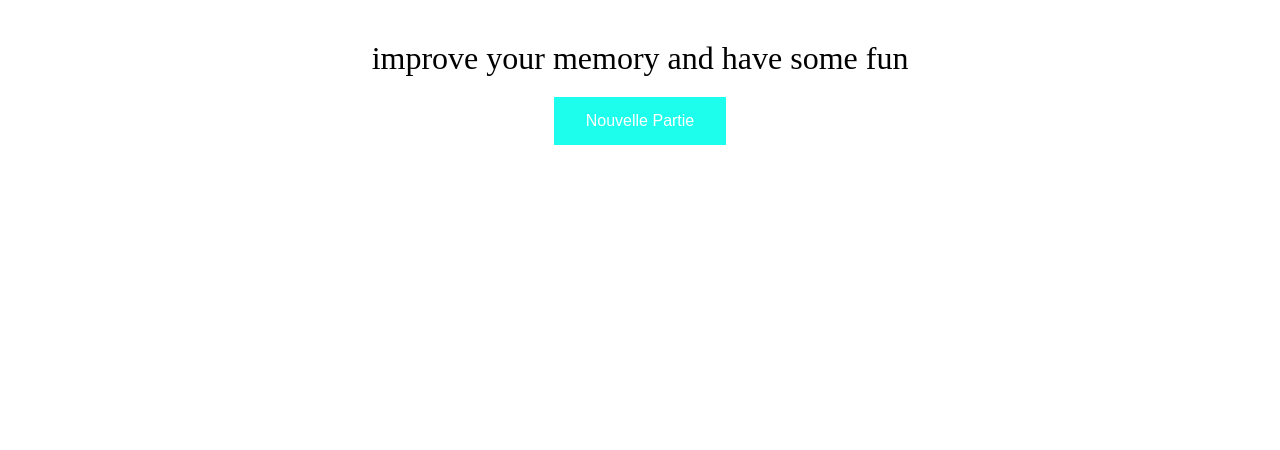
Repository: karim-sebih/react-memory
Page: / (app in react-memory/Memory/)
These files come from the project's save history. The page is drawn as it stood at one moment and after a run of saves; the edit follows.
The browser window is 1280 px wide. The pictures show the whole page.
The project was rebuilt for these pictures with package versions that can differ from the ones it lists, and the page was loaded fresh each time. Also part of the build but not shown: react-memory/Memory/vite.config.js.

Above is the page before, as saved 2025-05-22 10:38:44.

After the next 2 saves:
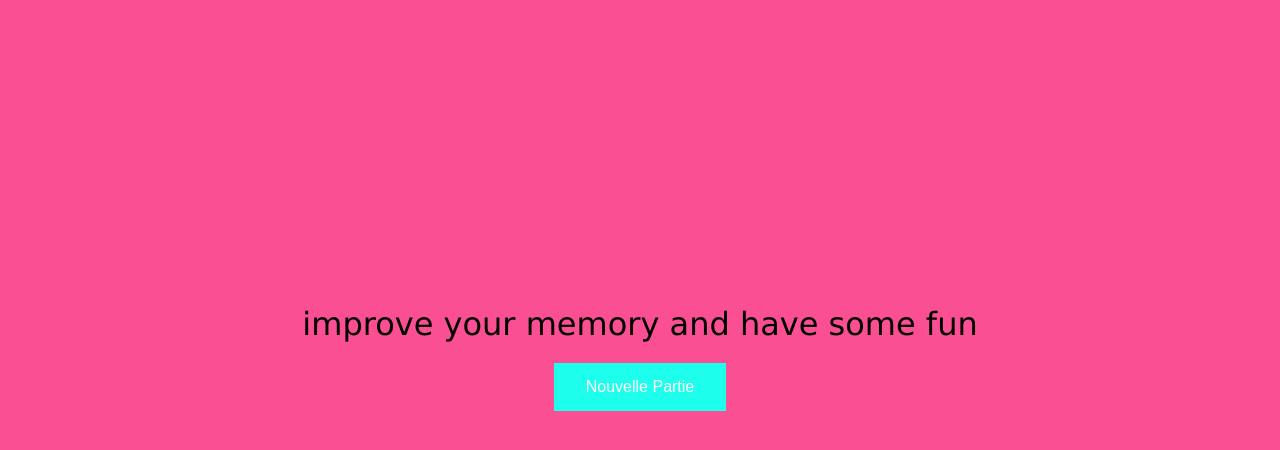
The 2 saves are shown as one change because they came seconds apart.
The last was saved 11 s later.
--- a/react-memory/Memory/src/App.css
+++ b/react-memory/Memory/src/App.css
@@ -17,6 +17,8 @@
 .logo.react:hover {
   filter: drop-shadow(0 0 2em #61dafbaa);
 }
+
+
 
 @keyframes logo-spin {
   from {
@@ -45,3 +47,95 @@
   font-size: 2em;
   margin-bottom: 0.5em;
 }
+
+* {
+  margin: 0;
+  padding: 0;
+}
+
+
+html,
+body {
+  height: 100%;
+}
+
+body {
+  font-family: Verdana, sans-serif;
+  background-color: #fb4f93;
+  display: flex;
+  justify-content: center;
+  align-items: center;
+}
+
+h1 {
+  color: #fff;
+  font-size: 50px;
+  text-align: center;
+  margin-bottom: 1rem;
+}
+
+h3{
+  color: #fff;
+  font-size: 20px;
+  text-align: center;
+  margin-bottom: 1rem;
+}
+
+.container {
+  height: 500px;
+  width: 500px;
+  /* background-color: #00e6e4; */
+  display: grid;
+  grid-template-columns: repeat(4, 1fr);
+  grid-template-rows: repeat(4, 1fr);
+  gap: .5em;
+}
+
+.card{
+  background-color: #fff;
+  display: flex;
+  justify-content: center;
+  align-items: center;
+  border-radius:5px ;
+  transform: rotateY(180deg);
+  animation:2s hideCard linear;
+  transition:transform 0.5s;
+}
+@keyframes hideCard{
+  0%, 70%{
+    transform: rotateY(0);
+  }
+  100%{
+    transform: rotateY(180deg);
+  }
+}
+
+.card img{
+  max-width: 80%;
+  max-height: 80%;
+  transform: scale(0);
+  animation:2s hideImage linear;
+   transition:transform 0.5s;
+}
+@keyframes hideImage{
+  0%, 70%{
+    transform: scale(1);
+  }
+  100%{
+    transform: scale(0);
+  }
+}
+
+.card.active{
+  transform: rotateY(0);
+}
+
+.card.correct{
+  background-color: rgb(34, 230, 34);
+}
+.card.wrong{
+  background-color: rgb(230, 34, 34);
+}
+.card.active img{
+  transform: scale(1);
+}
